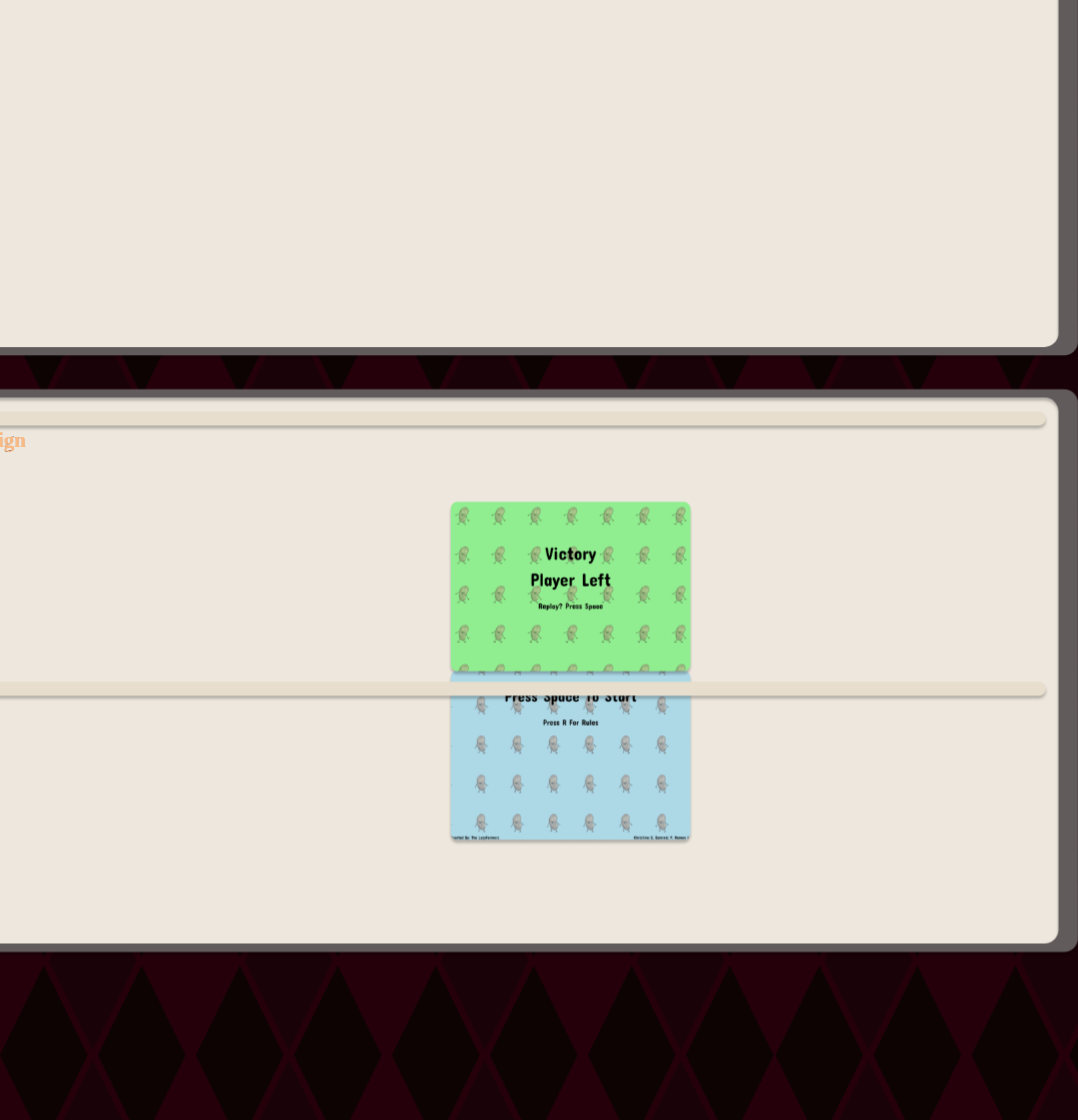
Repository: EMP-ChristinaC/Portfolio
Page: projects/potato-shuffle/potato.html
An editor plug-in stored every save of this project. The page is shown before and after the next save, followed by the edit.
The browser window is 1280 px wide. The page is 1540 px wide, so the pictures cover 1540 px, including what lies to the right of the window. The pictures show the part of the page from y = 1291 to 2891 px (the page is 6194 px tall), at 70% of full size.
Some web fonts or font styles are not loaded; a fallback is used.

Above is the page before, as saved 2024-12-08 19:56:00.

After the next save:
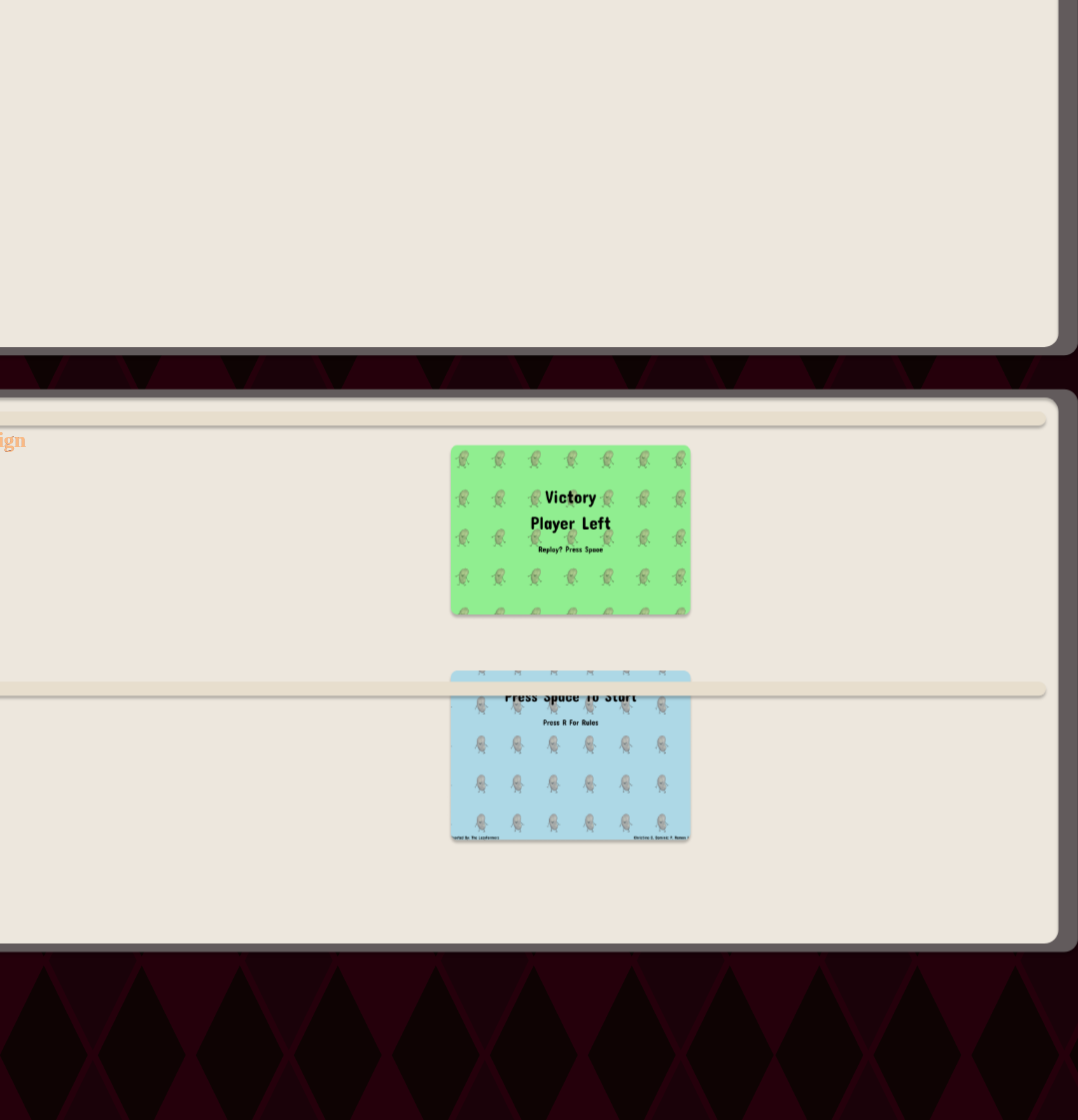
Saved 4 s later.
--- a/projects/potato-shuffle/potato.css
+++ b/projects/potato-shuffle/potato.css
@@ -498,7 +498,7 @@ footer.section p {
     width: 350px;
     height: 250px;
     position: absolute;
-    top: 20%;
+    top: 10%;
     left: 50%;
     /* transform: translate(10%, 310%); */
 }
